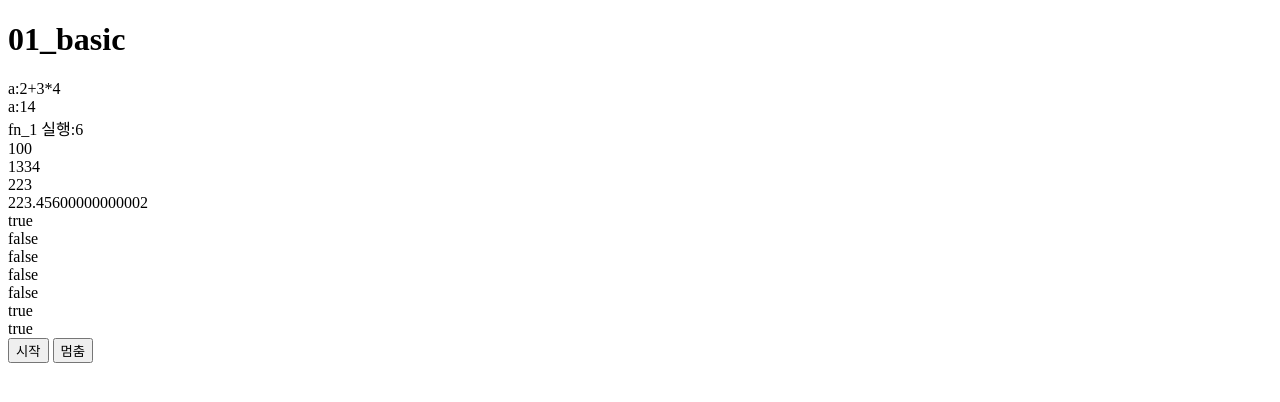
Repository: psun2/Korea-IT-Academy
Page: (back up) _ 오전/study_a/web_work/scriptProj/WebContent/func/01_basic.html
These files come from the project's save history. The page is drawn as it stood at one moment and after the next save; the edit follows.
The browser window is 1280 px wide. The pictures show the whole page.

Above is the page before, as saved 2020-08-04 00:39:27.

After the next save:
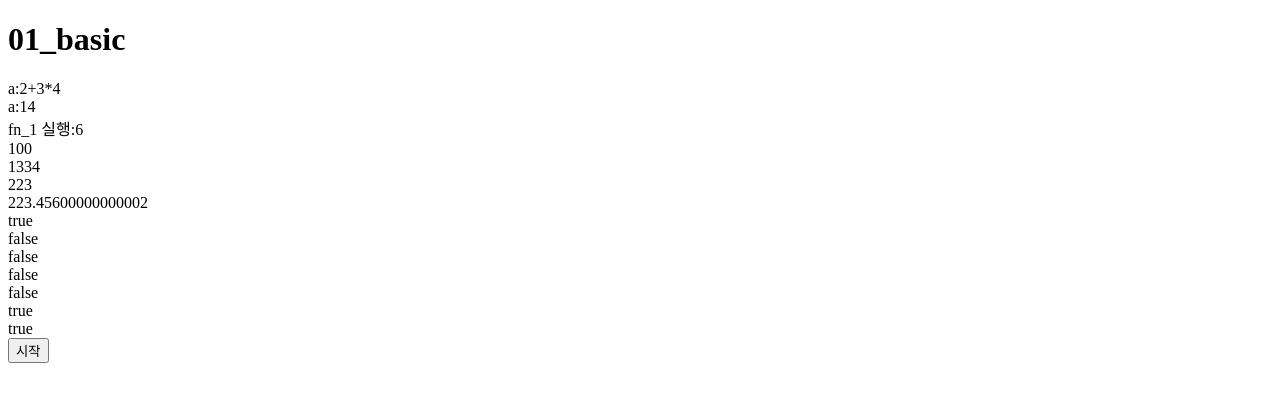
Saved 2 min 26 s later.
--- a/(back up) _ 오전/study_a/web_work/scriptProj/WebContent/func/01_basic.html
+++ b/(back up) _ 오전/study_a/web_work/scriptProj/WebContent/func/01_basic.html
@@ -63,11 +63,12 @@ function bbb(){
 function startGo(){
 	alert('늘렀구마2')
 	setInterval(bbb,1000)
+	document.write('<input type="button" value="멈춤" />')
 }
 </script>
 
 <input type="button" value="시작" onclick="startGo()" />
-<input type="button" value="멈춤" />
+
 
 </body>
 </html>
